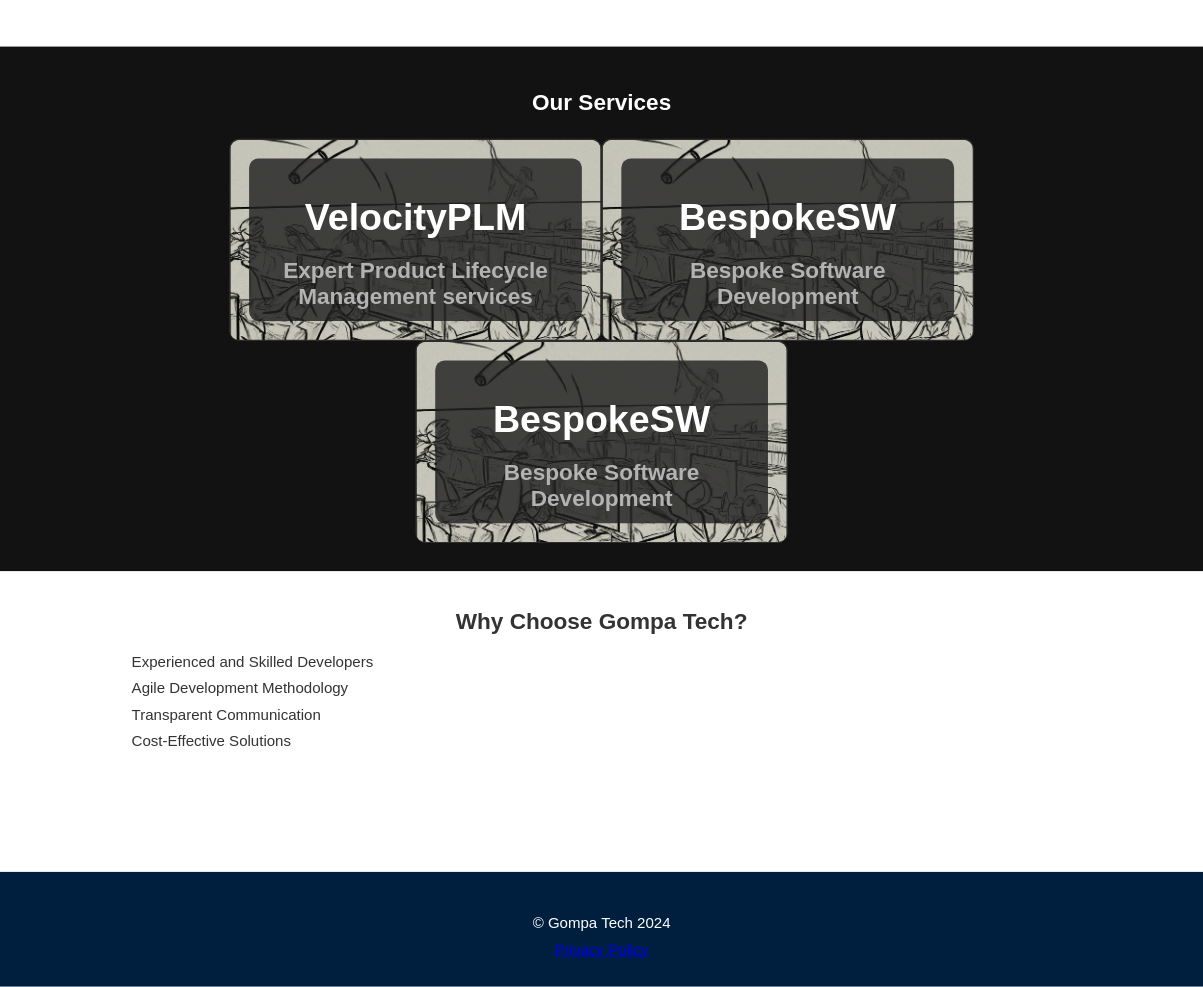
Repository: gompatech/website
Page: d3/index.html
An editor plug-in stored every save of this project. The page is shown before and after the next save, followed by the edit.
The browser window is 1280 px wide. The pictures show the part of the page from y = 257 to 1307 px (the page is 1307 px tall before and 1251 px after), at 94% of full size.

Above is the page before, as saved 2024-07-24 12:10:46.

### d3/index.html
<!DOCTYPE html>
<html lang="en">
<head>
  <meta charset="UTF-8">
  <meta name="viewport" content="width=device-width, initial-scale=1.0">
  <title>Gompa Tech - Software Development Solutions</title>
  <link rel="stylesheet" href="./style.css">
</head>
<body>
  <header class="navy-bg">
    <div class="container">
      <a href="#" class="logo">Gompa Tech</a>
      <nav>
        <ul>
          <li><a href="#">Home</a></li>
          <li><a href="#">Services</a></li>
          <li><a href="#">About Us</a></li>
          <li><a href="#">Contact</a></li>
        </ul>
      </nav>
    </div>
  </header>

  <main>
    <section class="hero">
      <div class="container">
        <h1>Empowering Your Business with Innovative Software Solutions</h1>
        <p>We specialize in bespoke software development Product Lifecycle Managment software services.</p>
        <a href="#" class="button">Get a Free Quote</a>
        <img src="images/hero-bg.jpg" alt="Code Background Image" class="hero-img">
      </div>
    </section>

    <section class="services navy-bg">
      <div class="container">
        <h2>Our Services</h2>
          <div class="services">
            <div class="services-container">
                <div class="text-content">
                    <h1>VelocityPLM</h1>
                    <h2>Expert Product Lifecycle Management services</h2>
                </div>
                <img src="./images/vPLMold.jpg" alt="VelocityPLM Old" class="active">
                <img src="./images/vPLMnew.jpg" alt="VelocityPLM New" class="inactive">
            </div>
            <div class="services-container">
                <div class="text-content">
                    <h1>BespokeSW</h1>
                    <h2>Bespoke Software Development</h2>
                </div>
                <img src="./images/vPLMold.jpg" alt="VelocityPLM Old" class="active">
                <img src="./images/vPLMnew.jpg" alt="VelocityPLM New" class="inactive">
            </div>
            <div class="services-container">
                <div class="text-content">
                    <h1>BespokeSW</h1>
                    <h2>Bespoke Software Development</h2>
                </div>
                <img src="./images/vPLMold.jpg" alt="VelocityPLM Old" class="active">
                <img src="./images/vPLMnew.jpg" alt="VelocityPLM New" class="inactive">
            </div>
        </div>
      </div>
    </section>

    <section class="benefits">
      <div class="container">
        <h2>Why Choose Gompa Tech?</h2>
        <ul>
          <li>Experienced and Skilled Developers</li>
          <li>Agile Development Methodology</li>
          <li>Transparent Communication</li>
          <li>Cost-Effective Solutions</li>
        </ul>
      </div>
    </section>
  </main>

  <footer class="navy-bg">
    <div class="container">
      <p>&copy; Gompa Tech 2024</p>
      <a href="#">Privacy Policy</a>
    </div>
  </footer>
</body>
<style>
  .services {
      font-family: Arial, sans-serif;
      margin: 0;
      padding: 0;
      display: flex;
      flex-wrap: wrap;
      justify-content: center;
      align-items: center;
/*            height: 100vh;  */
      background-color: #121212;
      color: #ffffff;
      padding: 5px;
  }
  .services-container {
      width: 40%;
      padding: 20px;
      border: 1px solid #333;
      border-radius: 10px;
      background-color: #1e1e1e;
      box-sizing: border-box;
      display: flex;
      flex-direction: column;
      align-items: center;
      justify-content: center;
      position: relative;
      overflow: hidden;
  }
  .services-container img {
      width: 100%;
      height: auto;
      max-height: 300px;
      object-fit: cover;
      border-radius: 10px;
      position: absolute;
      top: 0;
      left: 0;
      opacity: 0;
      transition: opacity 1s ease-in-out;
  }
  .services-container img.active {
      opacity: 1;
      z-index: 1;
  }
  .services-container img.inactive {
      z-index: 0;
  }
  .text-content {
      position: relative;
      z-index: 2;
      text-align: center;
      padding-top: 20px;
      background: rgba(30, 30, 30, 0.8);
      border-radius: 10px;
  }
  .services-container h1 {
      font-size: 2.5em;
      margin: 0.5em 0;
  }
  .services-container h2 {
      font-size: 1.5em;
      margin: 0.5em 0;
      color: #b3b3b3;
  }
  @media (max-width: 600px) {
      .services-container {
          width: 100%;
      }
      .services-container h1 {
          font-size: 2em;
      }
      .services-container h2 {
          font-size: 1.2em;
      }
  }
</style>
</html>

### d3/style.css
/* Basic styles */
body {
  font-family: sans-serif;
  margin: 0;
  padding: 0;
}

.container {
  max-width: 1000px;
  margin: 0 auto;
  padding: 20px;
}

/* Header */
header {
  background-color: #001F3F;  /* Navy blue */
  color: #fff;
  padding: 10px 0;
}

.logo {
  font-size: 2em;
  font-weight: bold;
  text-decoration: none;
  color: #fff;
}

nav {
  float: right;
}

nav ul {
  list-style: none;
  margin: 0;
  padding: 0;
}

nav li {
  display: inline-block;
  margin-left: 20px;
}

nav a {
  color: #fff;
  text-decoration: none;
  padding: 5px 10px;
}

nav a:hover {
  background-color: #2F4F4F; /* Darker navy blue on hover */
  transition: background-color 0.3s ease;
}

/* Main content */
main {
  padding-bottom: 50px;
  color: #333;
}

section {
  margin-bottom: 50px;
}

h1, h2 {
  text-align: center;
  margin-bottom: 20px;
}

.hero {
  position: relative;
}

.hero-img {
  position: absolute;
  top: 0;
  left: 0;
  width: 100%;
  height: 100%;
  opacity: 0.3; /* Set the transparency level for the background image */
}

.service-card {
  display: flex;
  align-items: center;
  margin-bottom: 20px;
  padding: 20px;
  border: 1px solid #ddd;
  border-radius: 5px;
}

.service-card img {
  width: 100px;
  margin-right: 20px;
}

.benefits ul {
  list-style: none;
  margin: 0;
  padding: 0;
}

.benefits li {
  margin-bottom: 10px;
}

/* Footer */
footer {
  background-color: #001F3F;
  color: #fff;
  padding: 10px 0;
  text-align: center;
}

footer p {
  margin-bottom: 10px;
}

After the next save:
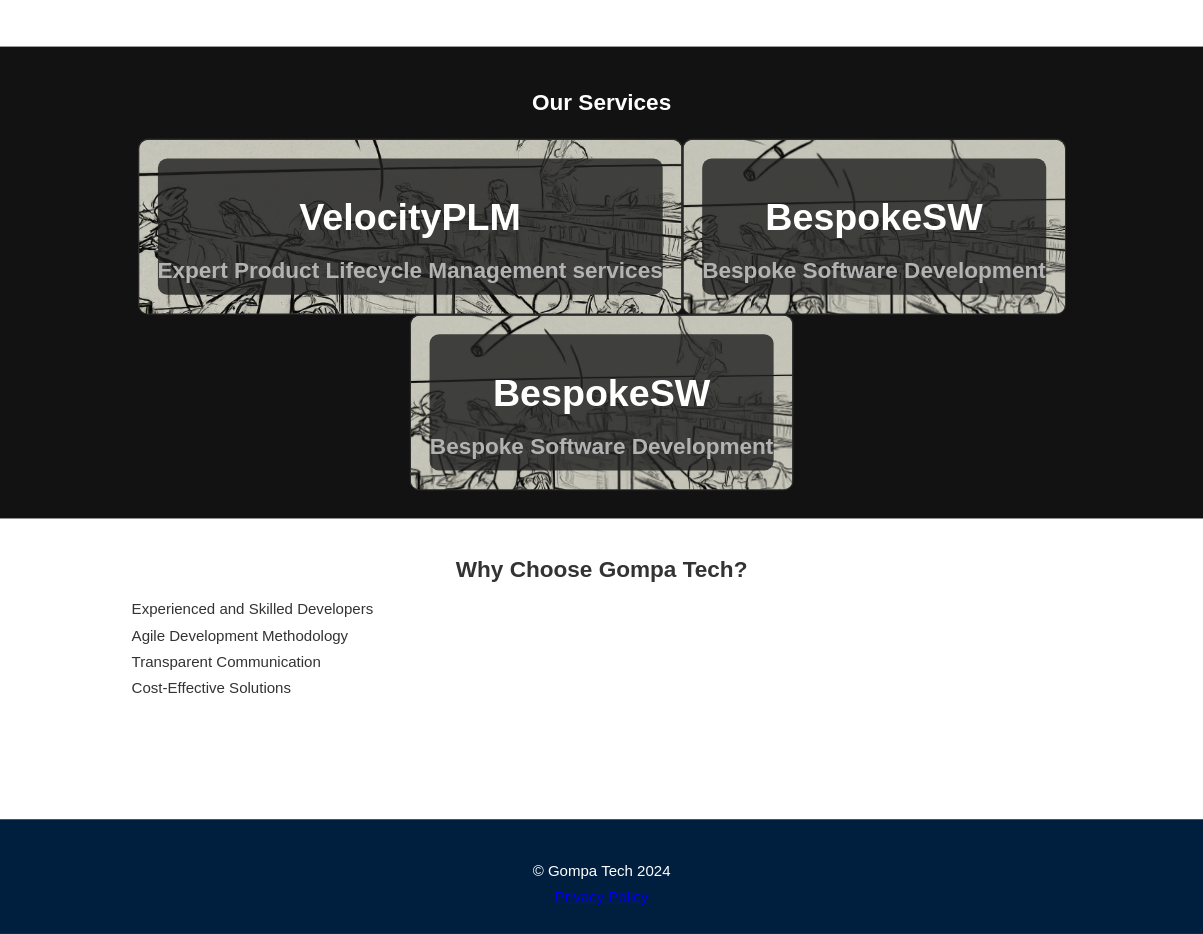
Saved 93 s later.
--- a/d3/index.html
+++ b/d3/index.html
@@ -98,7 +98,7 @@
       padding: 5px;
   }
   .services-container {
-      width: 40%;
+/*      width: 40%;*/
       padding: 20px;
       border: 1px solid #333;
       border-radius: 10px;
